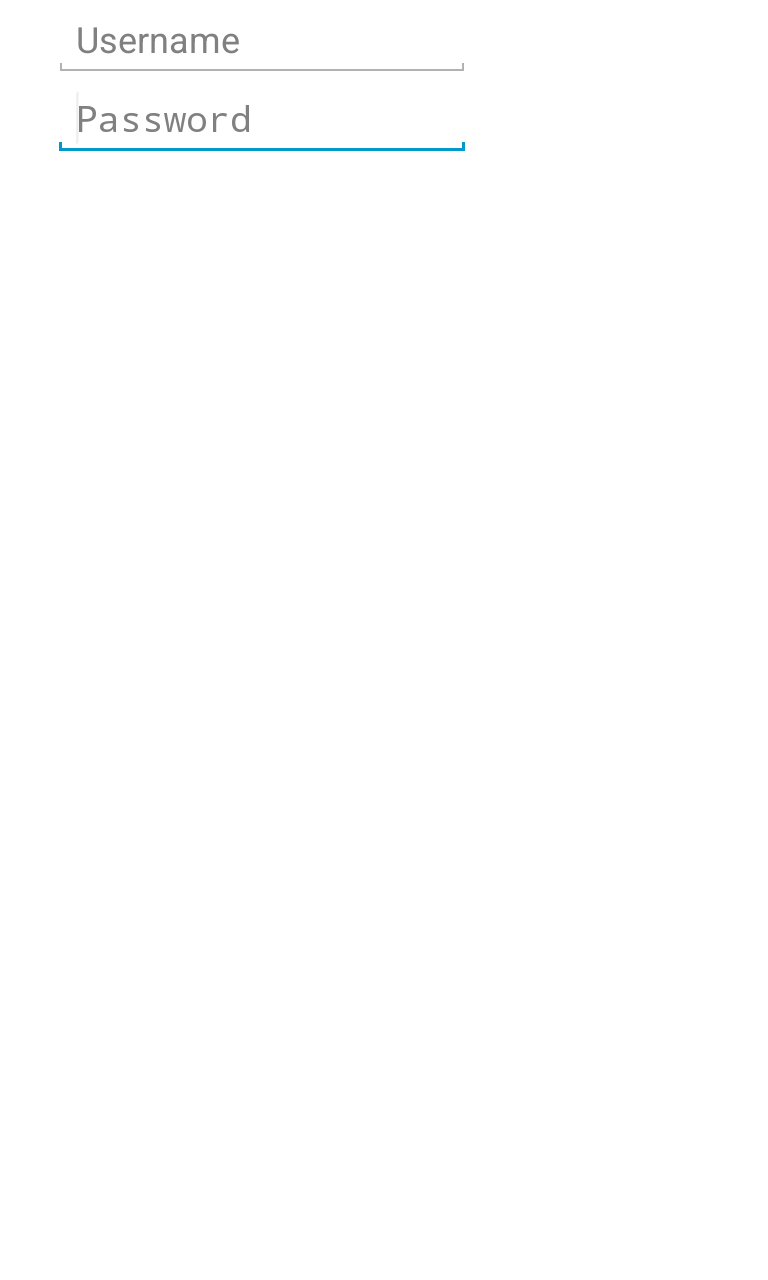
Repository: rizkivmaster/bukalapak
Layout: BukaLapakLogin/res/layout/activity_main.xml
These files come from the project's save history. The layout is drawn as it stood at one moment and after the next save; the edit follows.
It is drawn on a 768 x 1280 px phone screen (xhdpi) without system bars, with theme AppTheme; the app's code is not run.

Above is the layout before, as saved 2013-06-19 03:31:35.

After the next save:
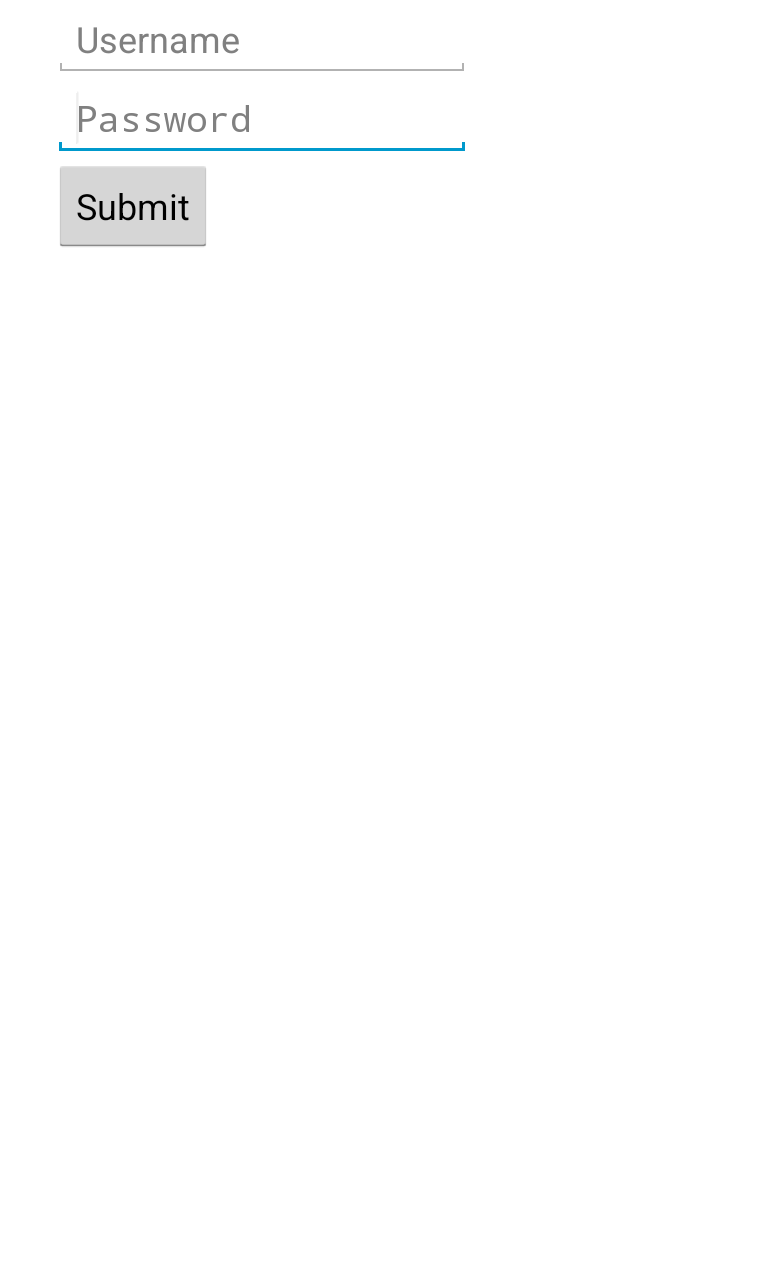
Saved 17 s later.
--- a/BukaLapakLogin/res/layout/activity_main.xml
+++ b/BukaLapakLogin/res/layout/activity_main.xml
@@ -2,10 +2,10 @@
     xmlns:tools="http://schemas.android.com/tools"
     android:layout_width="match_parent"
     android:layout_height="match_parent"
-
     tools:context=".MainActivity" >
 
     <LinearLayout
+        android:id="@+id/linearLayout1"
         android:layout_width="wrap_content"
         android:layout_height="wrap_content"
         android:layout_alignParentLeft="true"
@@ -13,14 +13,13 @@
         android:layout_marginLeft="26dp"
         android:orientation="vertical" >
 
-
-
         <EditText
             android:id="@+id/editText1"
             android:layout_width="wrap_content"
             android:layout_height="wrap_content"
             android:ems="10"
             android:hint="Username" />
+
         <EditText
             android:id="@+id/editText2"
             android:layout_width="wrap_content"
@@ -33,4 +32,12 @@
         </EditText>
     </LinearLayout>
 
+    <Button
+        android:id="@+id/button1"
+        android:layout_width="wrap_content"
+        android:layout_height="wrap_content"
+        android:layout_alignLeft="@+id/linearLayout1"
+        android:layout_below="@+id/linearLayout1"
+        android:text="Submit" />
+
 </RelativeLayout>
